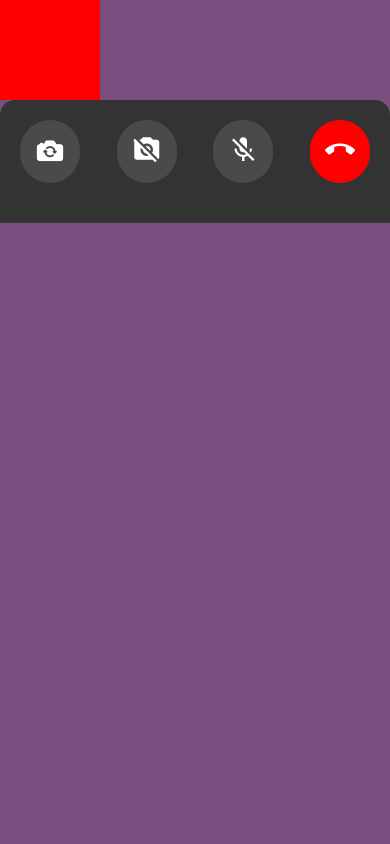
Repository: JennaFi/VideoCallApp
Screen: /Calling
These files come from the project's save history. The screen is drawn as it stood at one moment and after the next save; the edit follows.
The app was drawn by React Native's web renderer in a window 390 px wide. The project was rebuilt for these pictures with package versions that can differ from the ones it lists, and the page was loaded fresh each time.

Above is the screen before, as saved 2022-01-14 00:05:57.

### App.js
/**
 * Sample React Native App
 * https://github.com/facebook/react-native
 *
 * @format
 * @flow strict-local
 */


import React from 'react'
import { StatusBar } from 'react-native'
import CallScreen from './src/screens/CallScreen'
// import CallingScreen from './src/screens/CallingScreen/index';
// import IncomingCallScreen from './src/screens/IncomingCallScreen'




const App = () => {


  return (
    < >
      <StatusBar barStyle={'dark-content'} />

      {/* <ContactsScreen /> */}
      {/* <CallingScreen /> */}
      {/* <IncomingCallScreen /> */}
      <CallScreen />

    </>
  )
}



export default App

### src/screens/CallScreen/index.js
import React from 'react'
import { StyleSheet, View } from 'react-native'
import CallActionBox from '../../components/CallActionBox'

const CallScreen = () => {
  return (
    <View style={styles.page}>
      <View style={styles.cameraPreview} />







      <CallActionBox />
    </View>
  )
}


const styles = StyleSheet.create({
  page: {
    flex: 1,
    backgroundColor: '#7b4e80'
  },
  cameraPreview: {
    // flex: 1,
    // alignItems: 'center',
    // paddingTop: 10,
    // paddingHorizontal: 10
    width: 100,
    height: 100,
    backgroundColor: 'red'
  }
})
export default CallScreen

### src/components/CallActionBox/index.js
import React from 'react'
import { StyleSheet, View } from 'react-native'
import Ionicons from 'react-native-vector-icons/Ionicons'
import MaterialIcons from 'react-native-vector-icons/MaterialCommunityIcons'


const CallActionBox = () => {
  return (

    <View style={styles.buttonsContainer}>
      <View style={styles.iconButton}>
        <Ionicons name='ios-camera-reverse' size={30} color={'white'} />
      </View>

      <View style={styles.iconButton}>
        <MaterialIcons name='camera-off' size={30} color={'white'} />
      </View>

      <View style={styles.iconButton}>
        <MaterialIcons name='microphone-off' size={30} color={'white'} />
      </View>

      <View style={[styles.iconButton, {backgroundColor: 'red'}]}>
        <MaterialIcons name='phone-hangup' size={30} color={'white'} />
      </View>

    </View>


  )
}


const styles = StyleSheet.create({
  buttonsContainer: {
    flexDirection: 'row',
    backgroundColor: '#333333',
    padding: 20,
    paddingBottom: 40,
    borderTopLeftRadius: 15,
    borderTopRightRadius: 15,
    justifyContent: 'space-between',
    // marginTop: 'auto'


  },
  iconButton: {
    backgroundColor: '#4a4a4a',
    padding: 15,
    borderRadius: 50
  }
})


export default CallActionBox

After the next save:
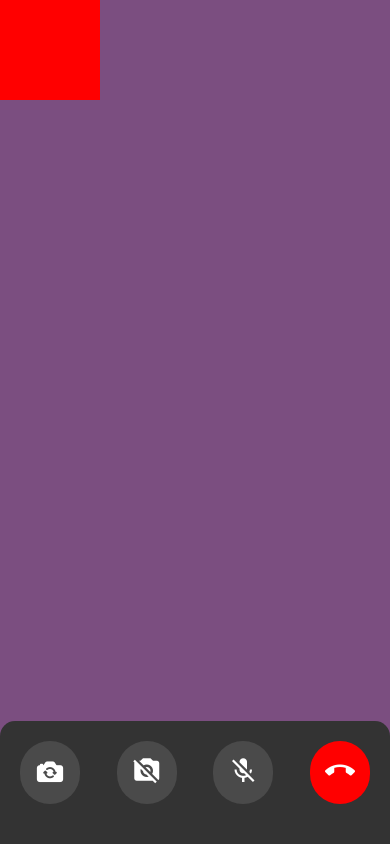
Saved 11 s later.
--- a/src/components/CallActionBox/index.js
+++ b/src/components/CallActionBox/index.js
@@ -40,7 +40,7 @@ const styles = StyleSheet.create({
     borderTopLeftRadius: 15,
     borderTopRightRadius: 15,
     justifyContent: 'space-between',
-    // marginTop: 'auto'
+    marginTop: 'auto'
 
 
   },
